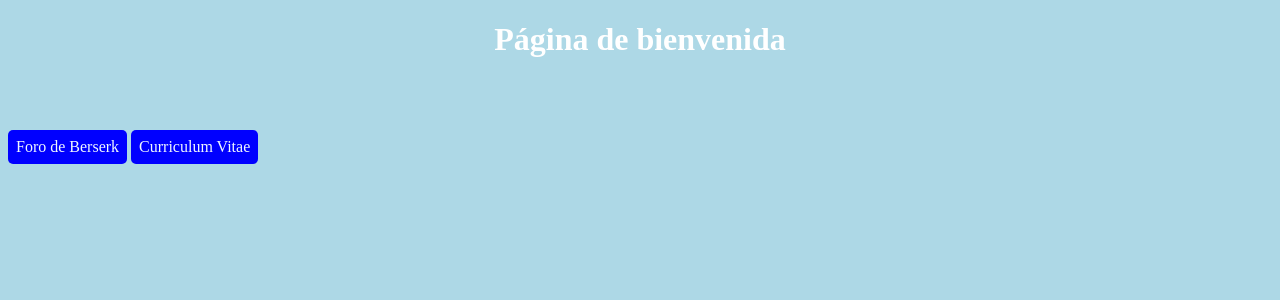
Repository: MateoSantander/Ejercicios4y5
Page: http://localhost/Ejercicio_4/
The author's editor kept a copy of each file at every save. The page is drawn from the files as they stood at one save, then again after the next save.
The browser window is 1280 px wide. The pictures show the whole page.
The page is served by Tomcat 9.

Above is the page before, as saved 2022-03-18 14:56:50.

After the next save:
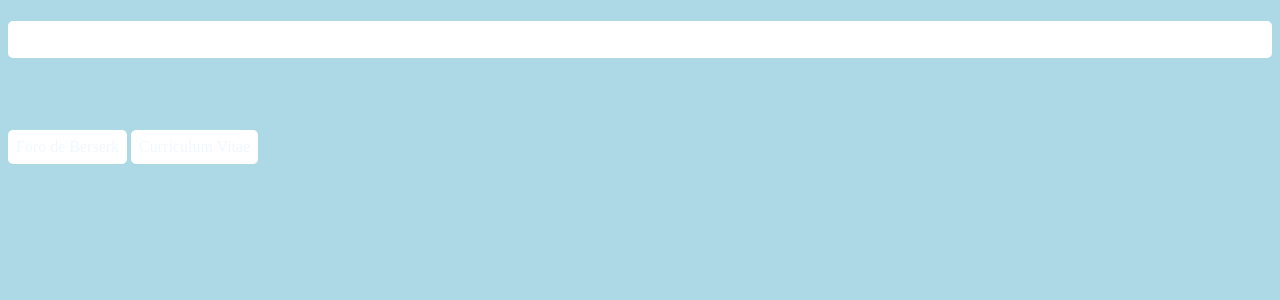
Not found: Ejercicio_4/Ejercicio_4/css/stars.jpg
Saved 81 s later.
--- a/Ejercicio_4/src/main/webapp/css/index.css
+++ b/Ejercicio_4/src/main/webapp/css/index.css
@@ -2,12 +2,14 @@
 
 body{
 background-color: lightblue;
+background-image: url(stars.jpg);
 }
 
 header>h1{
         color:white;
         text-align:center;
         border-radius: 5px;
+       	background-color:white;
   }
 
 
@@ -15,7 +17,7 @@ nav>a{
     margin-top: 50px;
     border-radius: 5px;
     padding: 8px;
-    background-color:blue;
+    background-color:white;
     display: inline-block;
     text-decoration: none;
     color: aliceblue;
